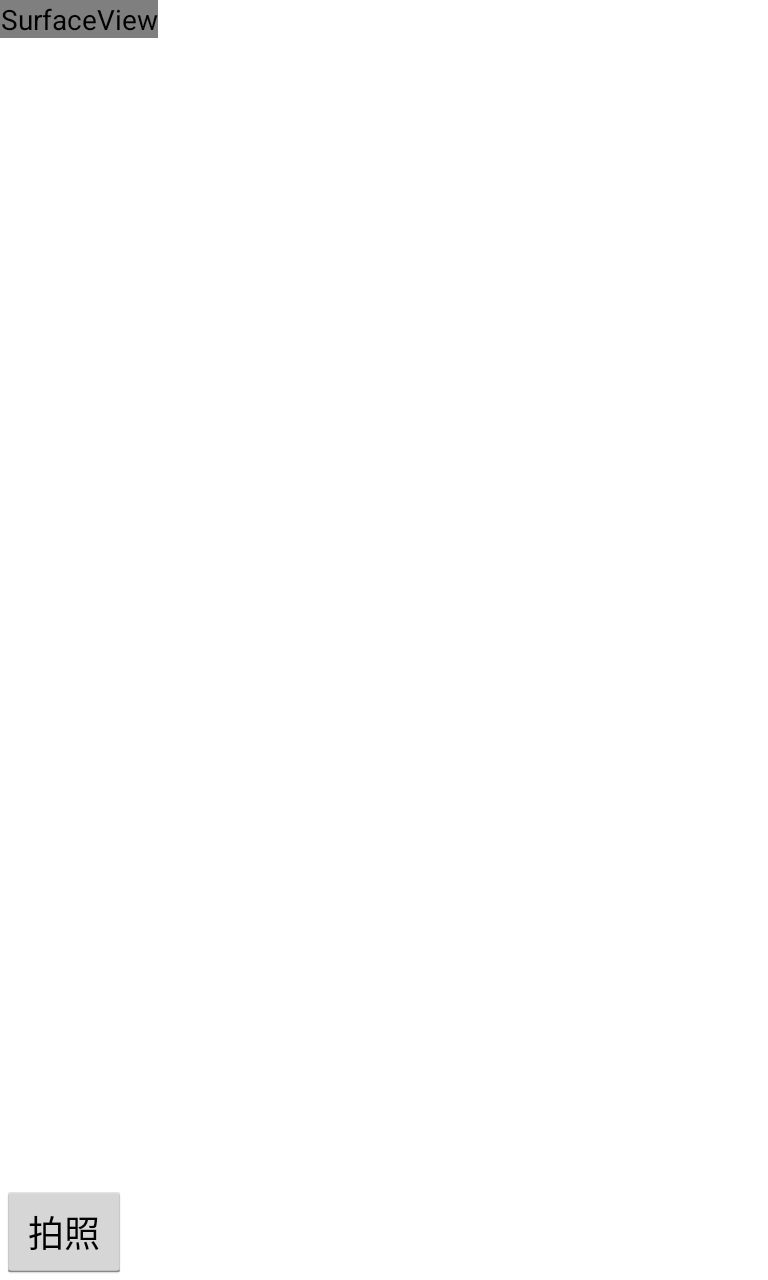
Repository: wormday/Labs
Layout: Android/DisasterMonitoring/res/layout/capture_image.xml
An editor plug-in stored every save of this project. The layout is shown before and after the next save, followed by the edit.
Pictures or frames that could not be fetched are drawn as grey boxes. It is drawn on a 768 x 1280 px phone screen (xhdpi) without system bars, with theme AppTheme; the app's code is not run.

Above is the layout before, as saved 2014-03-02 06:20:11.

### Android/DisasterMonitoring/res/layout/capture_image.xml
<?xml version="1.0" encoding="utf-8"?>
<LinearLayout xmlns:android="http://schemas.android.com/apk/res/android"
    android:layout_width="match_parent"
    android:layout_height="match_parent"
    android:orientation="vertical" >

    <FrameLayout
        android:layout_width="fill_parent"
        android:layout_height="fill_parent"
        android:layout_weight="1" >

        <SurfaceView
            android:id="@+id/sView"
            android:layout_width="wrap_content"
            android:layout_height="wrap_content" />

    </FrameLayout>

    <Button
        android:id="@+id/btnCapture"
        android:layout_width="wrap_content"
        android:layout_height="wrap_content"
        android:text="拍照" />

</LinearLayout>

Loaded but not shown: Android/DisasterMonitoring/res/values/styles.xml (common file); Android/DisasterMonitoring/res/values-v11/styles.xml (common file); Android/DisasterMonitoring/res/values-v14/styles.xml (common file)

After the next save:
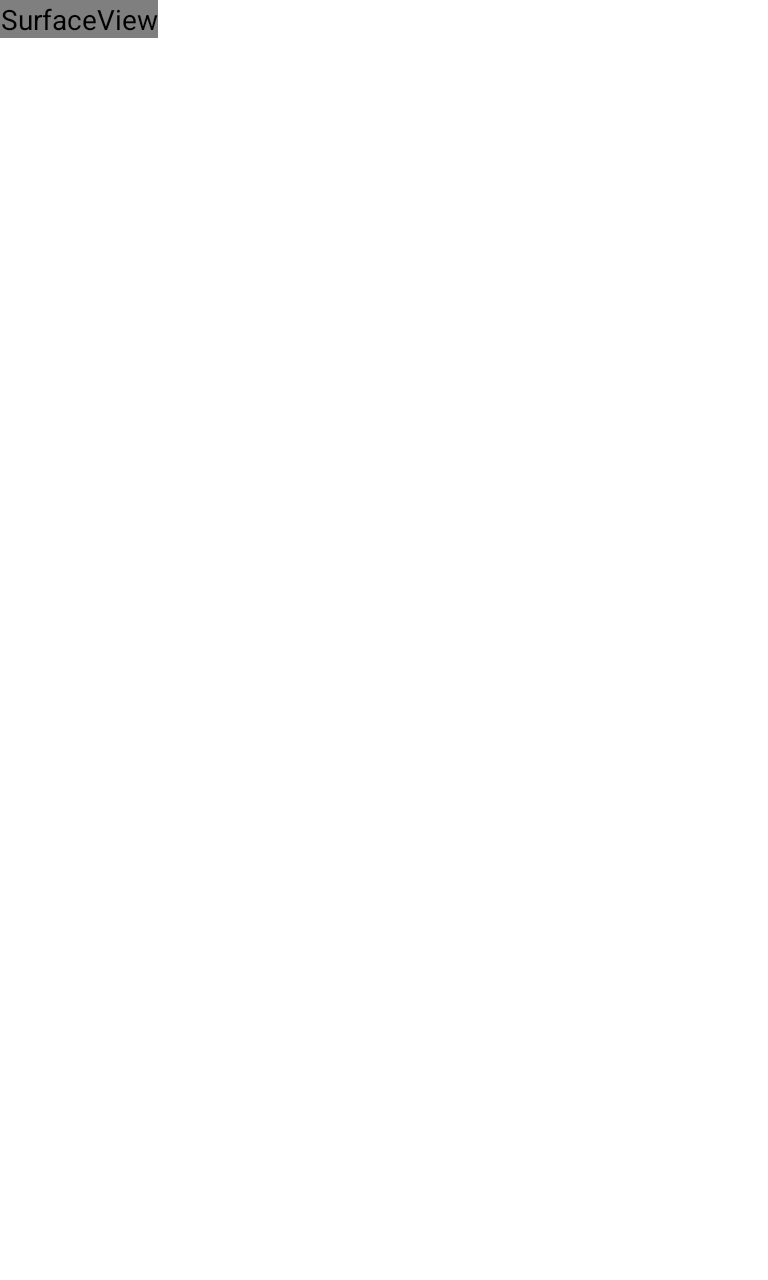
Saved 61 s later.
--- a/Android/DisasterMonitoring/res/layout/capture_image.xml
+++ b/Android/DisasterMonitoring/res/layout/capture_image.xml
@@ -3,23 +3,13 @@
     android:layout_width="match_parent"
     android:layout_height="match_parent"
     android:orientation="vertical" >
-
     <FrameLayout
         android:layout_width="fill_parent"
         android:layout_height="fill_parent"
         android:layout_weight="1" >
-
         <SurfaceView
             android:id="@+id/sView"
             android:layout_width="wrap_content"
             android:layout_height="wrap_content" />
-
     </FrameLayout>
-
-    <Button
-        android:id="@+id/btnCapture"
-        android:layout_width="wrap_content"
-        android:layout_height="wrap_content"
-        android:text="拍照" />
-
 </LinearLayout>
